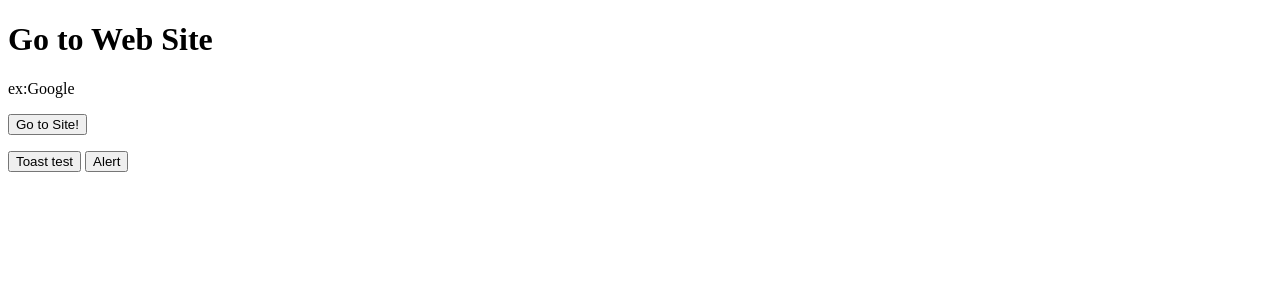
Repository: kenshiryu7/mdv-projects
Page: MDF3/project_4/Project4/assets/index.html
An editor plug-in stored every save of this project. The page is shown before and after the next save, followed by the edit.
The browser window is 1280 px wide. The pictures show the whole page.

Above is the page before, as saved 2013-02-28 18:18:25.

After the next save:
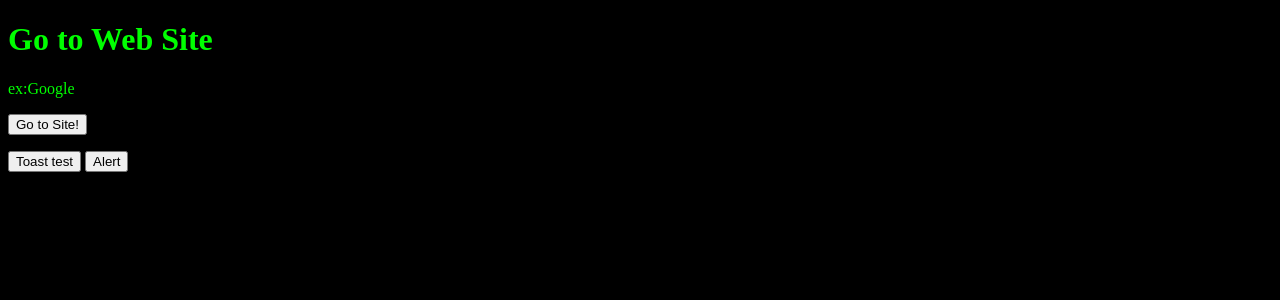
Saved 6 min 9 s later.
--- a/MDF3/project_4/Project4/assets/index.html
+++ b/MDF3/project_4/Project4/assets/index.html
@@ -47,4 +47,9 @@
 			};
 
 		</script>
+		<style type ="text/css">
+			body{
+				color:#00FF00;
+				background-color:#000000;
+		</style>
 </html>
